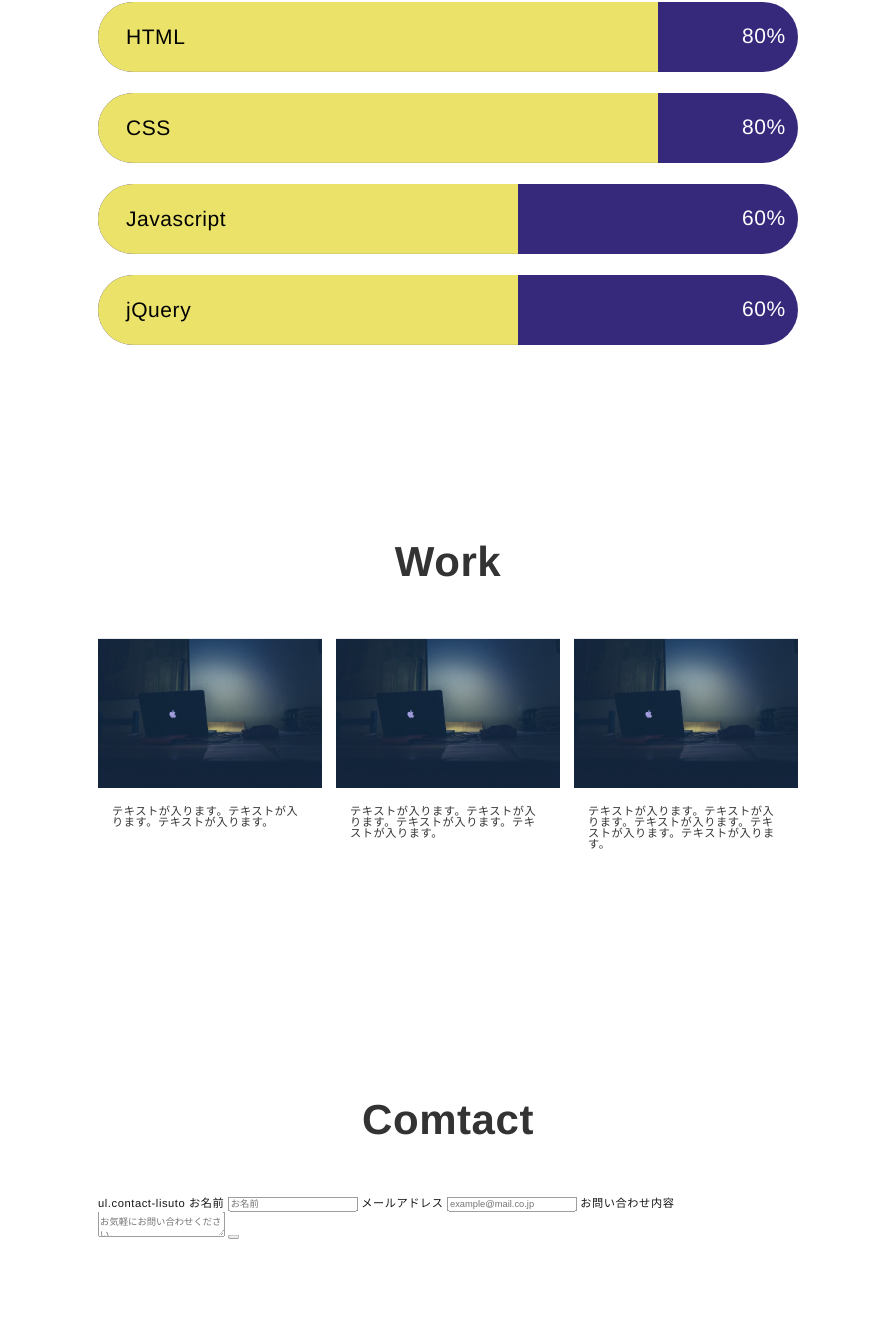
Repository: sadayuki15/portfolio
Page: index.html
These files come from the project's save history. The page is drawn as it stood at one moment and after a run of saves; the edit follows.
The browser window is 1280 px wide. The pictures show the part of the page from y = 1874 to 3794 px (the page is 3794 px tall before and 3792 px after), at 70% of full size.

Above is the page before, as saved 2021-04-22 21:22:46.

After the next 5 saves:
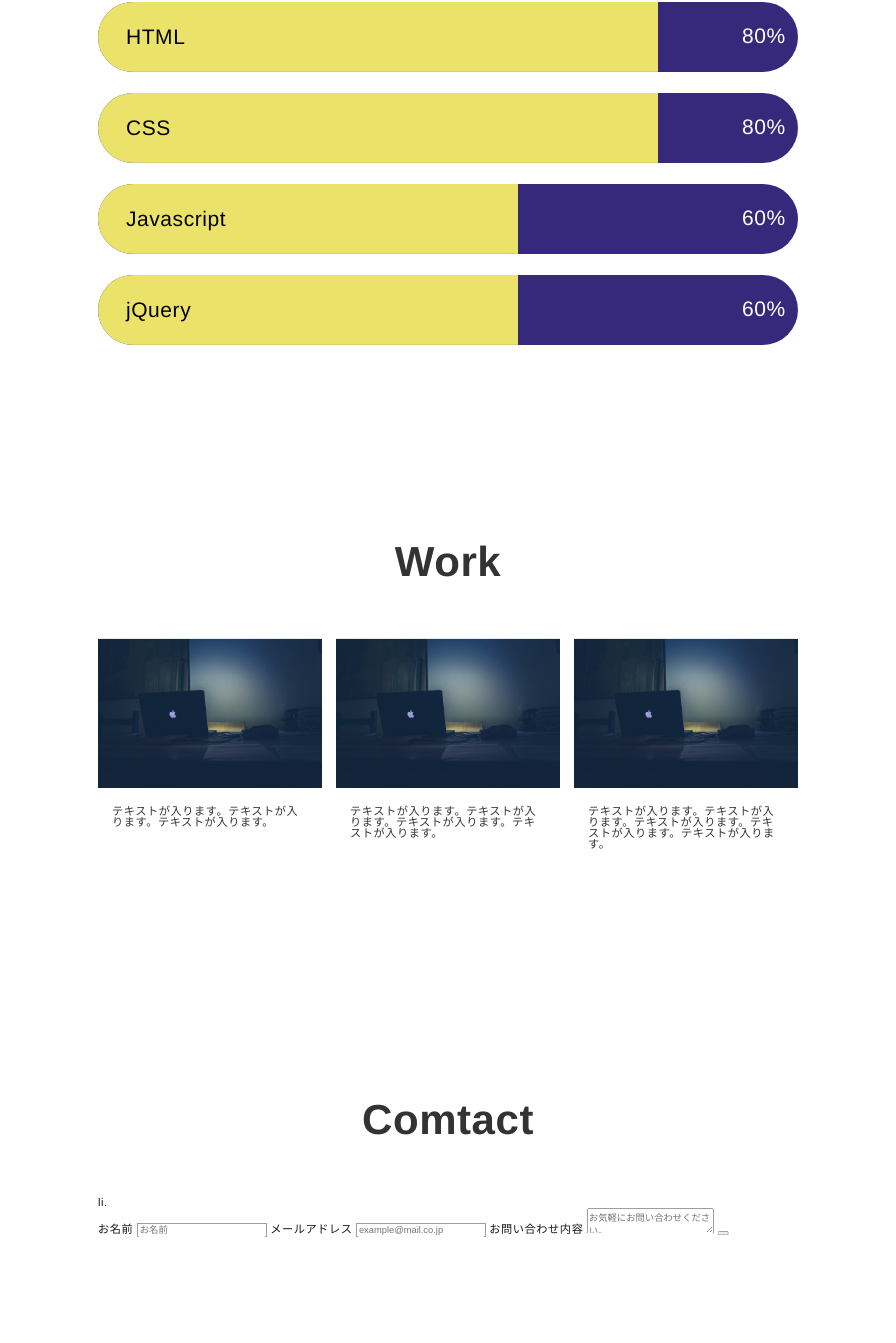
The 5 saves are shown as one change because they came seconds apart.
The last was saved 11 s later.
--- a/index.html
+++ b/index.html
@@ -152,7 +152,9 @@
     <h2 class="section-title">Comtact</h2>
     <div class="section-inner">
       <form action="https://docs.google.com/forms/u/0/d/e/1FAIpQLSfCjsqzzj8C34UUE0Mi2WnerATBCsd4cWR83YcoPwhWItEpFQ/formResponse">
-        ul.contact-lisuto
+        <ul class="contact-list">
+          li.
+        </ul>
         <label for="name">お名前</label>
         <input id="name" type="text" name="entry.32834570" placeholder="お名前">
         <label for="email">メールアドレス</label>
